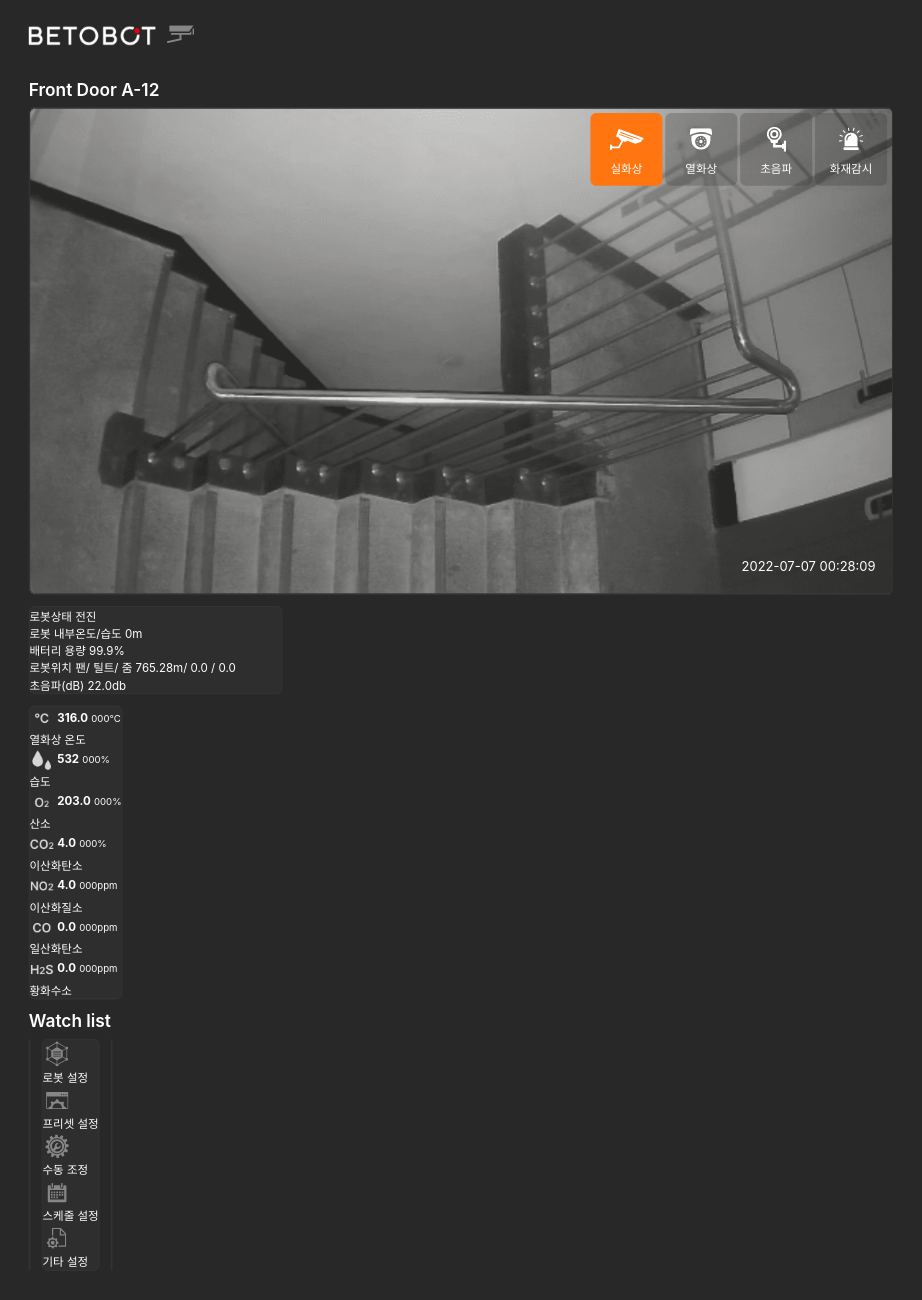
Repository: jang0ha/betobot
Page: content/main/main.html
These files come from the project's save history. The page is drawn as it stood at one moment and after the next save; the edit follows.
The browser window is 1280 px wide. The pictures show the whole page, at 72% of full size.
Some web fonts or font styles are not loaded; a fallback is used. The style sheet was rebuilt from its Sass, Less or Tailwind sources for each picture, by a compiler version that may differ from the author's.

Above is the page before, as saved 2022-07-12 17:43:55.

After the next save:
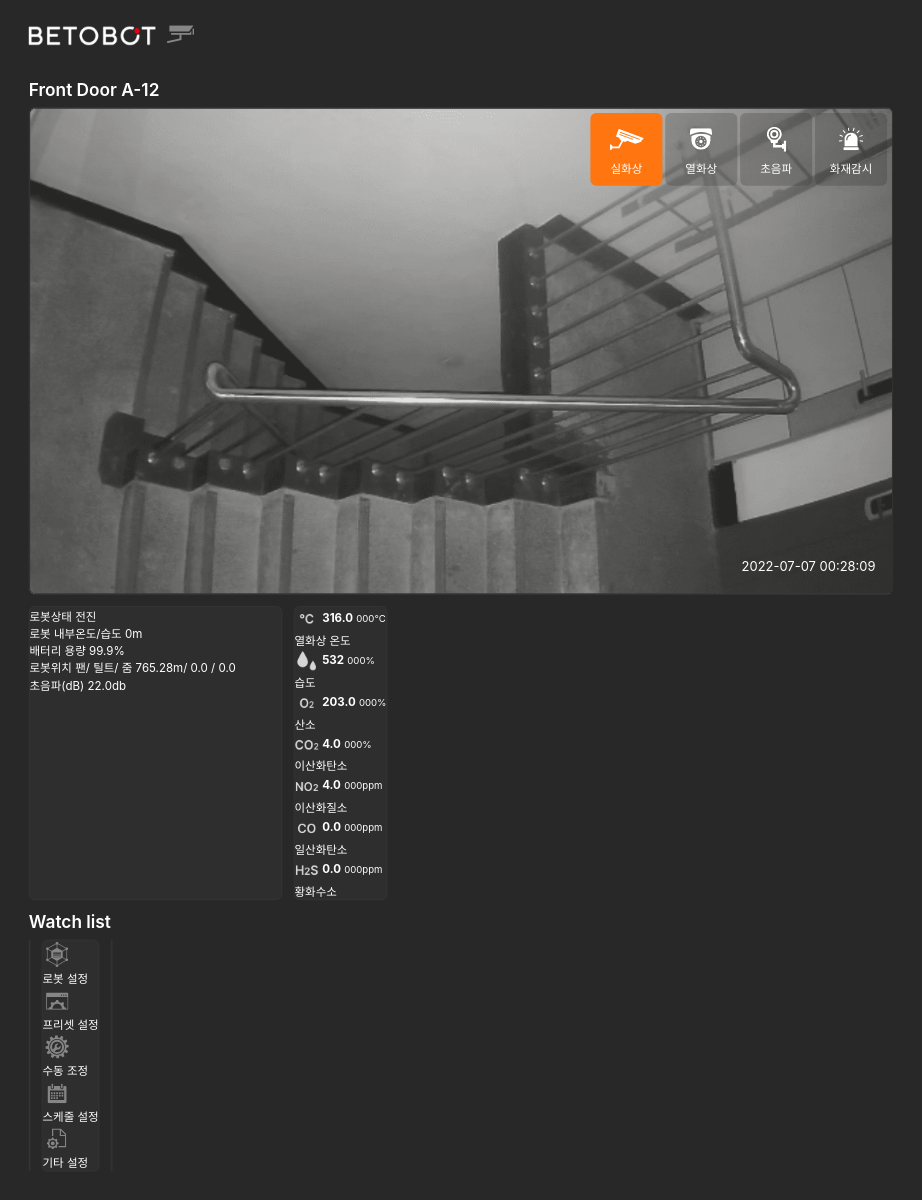
Saved 37 s later.
--- a/resources/scss/style.scss
+++ b/resources/scss/style.scss
@@ -164,7 +164,7 @@
 
 .robot-information-wrap{
     flex: 0 0 350px;
-    width: 100%;
+    width: 350px;
 }
 
 .sensor-information-wrap{
